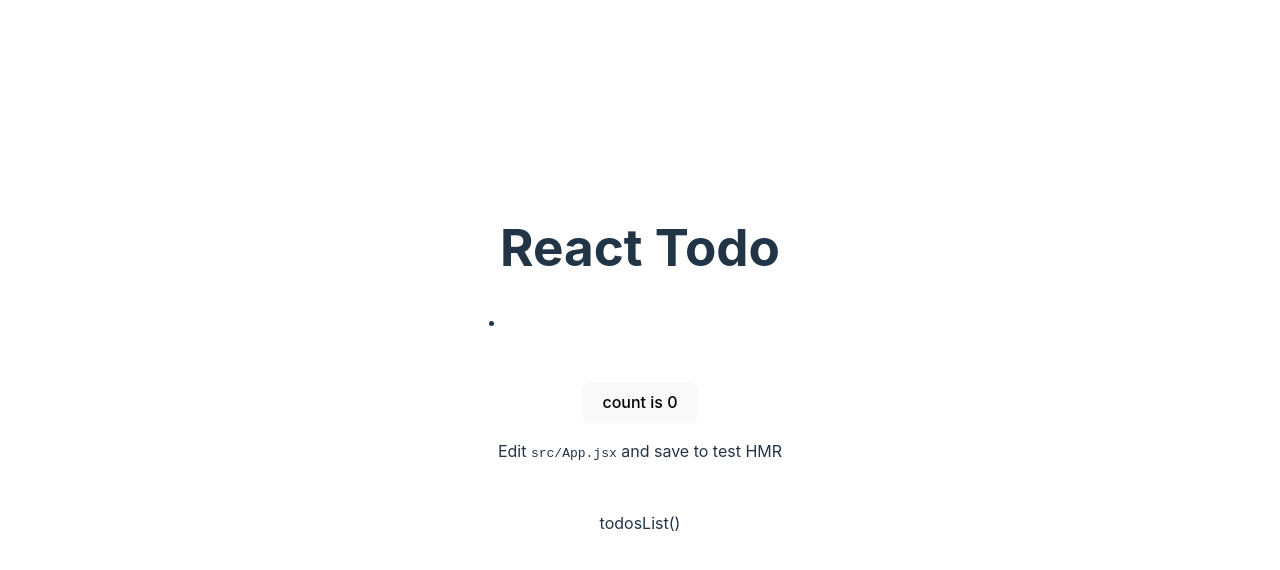
Repository: feyroozecode/React-Todo
Page: /
An editor plug-in stored every save of this project. The page is shown before and after a run of saves, followed by the edit.
The browser window is 1280 px wide. The pictures show the whole page.
The project was rebuilt for these pictures with package versions that can differ from the ones it lists, and the page was loaded fresh each time. Also part of the build but not shown: vite.config.js.

Above is the page before, as saved 2023-09-20 17:56:36.

### src/App.jsx
import { useState } from 'react'
import reactLogo from './assets/react.svg'
import viteLogo from '/vite.svg'
import './App.css'

export default function App() {
  const [todo, setTodo]   = useState("")
  const [todos]           = useState([])
  const [count, setCount] = useState(0)

  return (
    <>
      <div>
        <center> <h1> React Todo </h1> </center>
      </div>

      <div class="">
        <center>
           <ul>
              <li></li>
           </ul>
        </center>
      </div>

      <div className="card">
        <button onClick={() => setCount((count) => count + 1)}>
          count is {count}
        </button>
        <p>
          Edit <code>src/App.jsx</code> and save to test HMR
        </p>
      </div>


    todosList()

    </>
  )
}

function todosList(todos) {
  todos.map((todo) =>{
    <p key={todo.id}>
      { todo.text } - { todo.status }
    </p>
  })
}

function addToList(todo) {

}

Loaded but not shown: index.html (common file); src/main.jsx (common file); src/index.css (common file); src/App.css (common file)

After the next 2 saves:
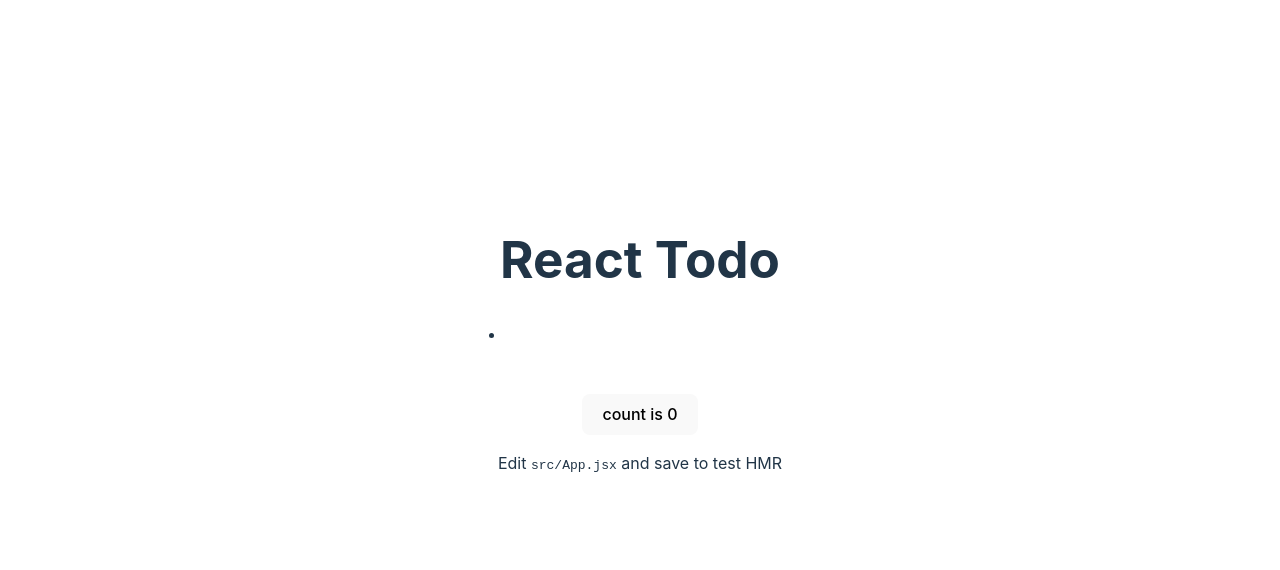
The 2 saves are shown as one change because they came seconds apart.
The last was saved 11 s later.
--- a/src/App.jsx
+++ b/src/App.jsx
@@ -31,8 +31,7 @@
         </p>
       </div>
 
-
-    todosList()
+    { todos }
 
     </>
   )
